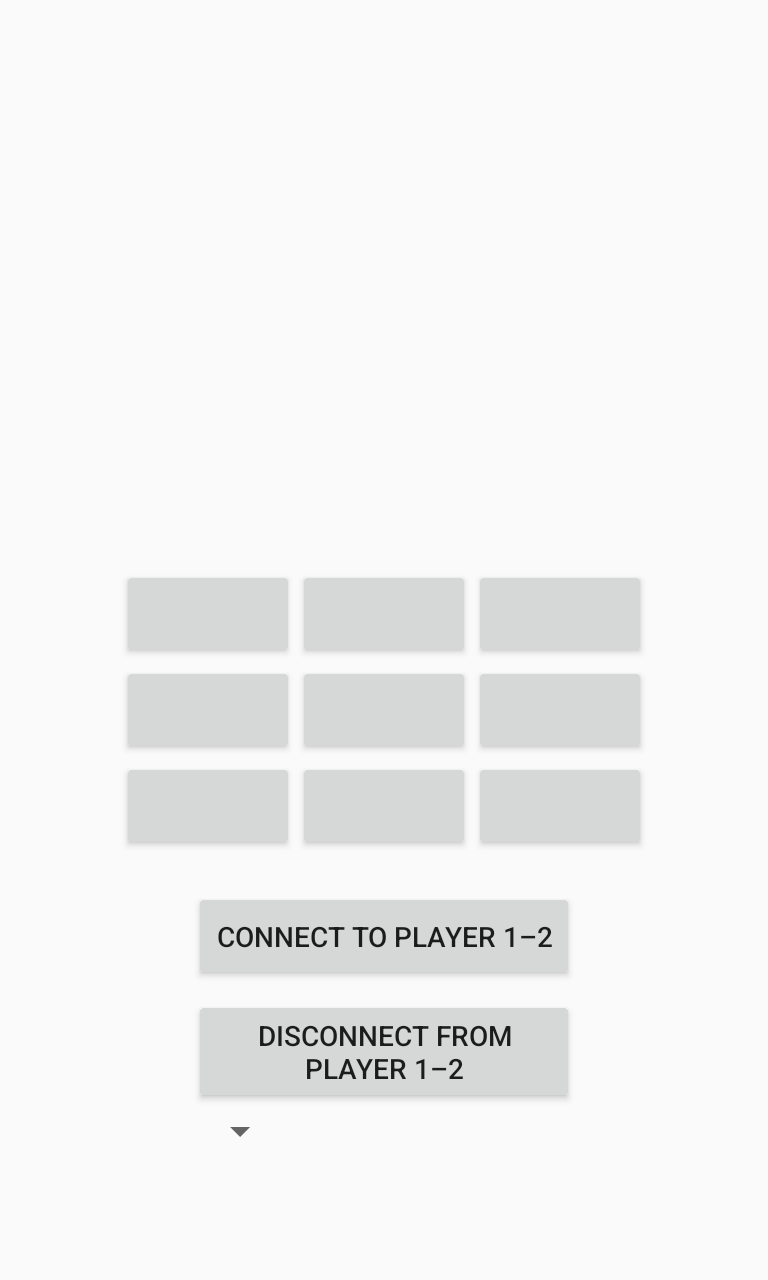
Repository: BananaGames/telecommProject
Layout: client/TelecommClient/res/layout/activity_main.xml
An editor plug-in stored every save of this project. The layout is shown before and after the next save, followed by the edit.
It is drawn on a 768 x 1280 px phone screen (xhdpi) without system bars, with theme AppTheme; the app's code is not run.

Above is the layout before, as saved 2014-11-17 23:54:36.

After the next save:
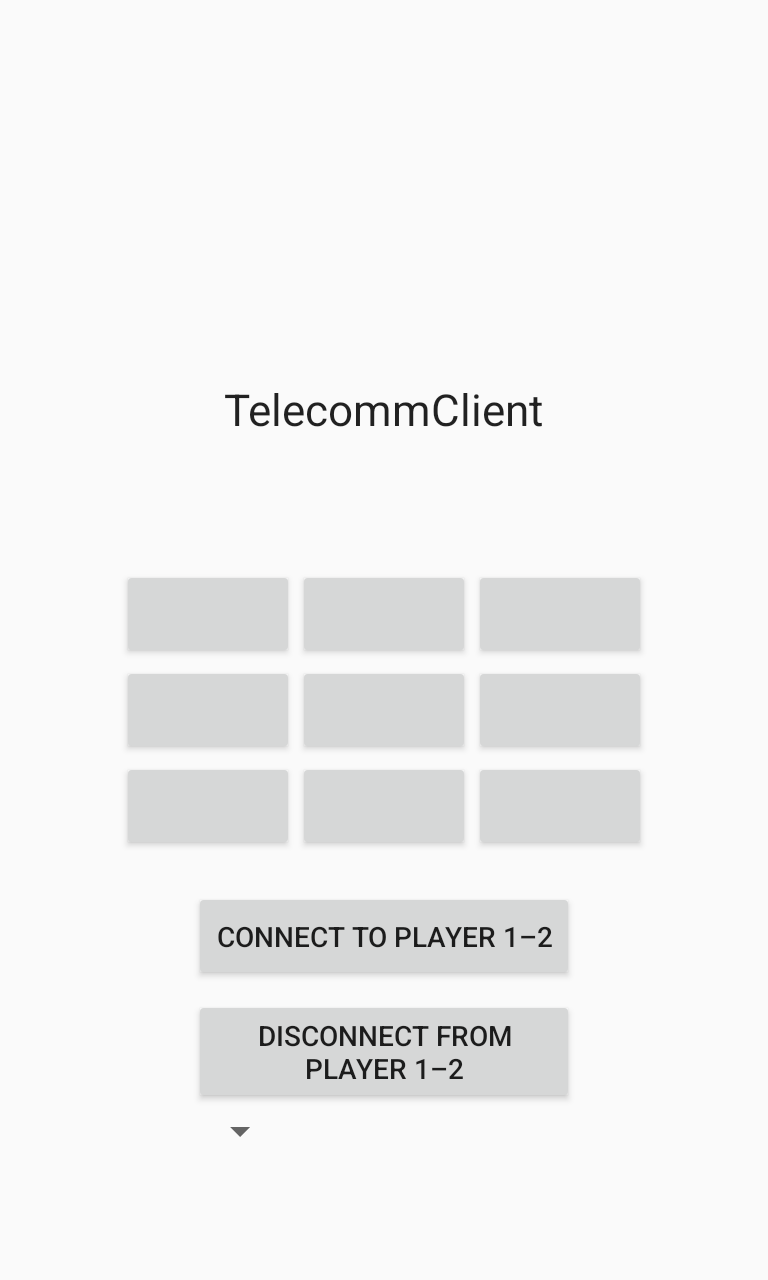
Saved 69 s later.
--- a/client/TelecommClient/res/layout/activity_main.xml
+++ b/client/TelecommClient/res/layout/activity_main.xml
@@ -35,6 +35,7 @@
         android:layout_below="@+id/button2" />
 
     <TableLayout
+        android:id="@+id/tableLayout1"
         android:layout_width="wrap_content"
         android:layout_height="wrap_content"
         android:layout_above="@+id/buttonConnect"
@@ -105,4 +106,14 @@
         </TableRow>
     </TableLayout>
 
+    <TextView
+        android:id="@+id/textView1"
+        android:layout_width="wrap_content"
+        android:layout_height="wrap_content"
+        android:layout_above="@+id/tableLayout1"
+        android:layout_centerHorizontal="true"
+        android:layout_marginBottom="64dp"
+        android:text="@string/app_name"
+        android:textAppearance="?android:attr/textAppearanceLarge" />
+
 </RelativeLayout>
